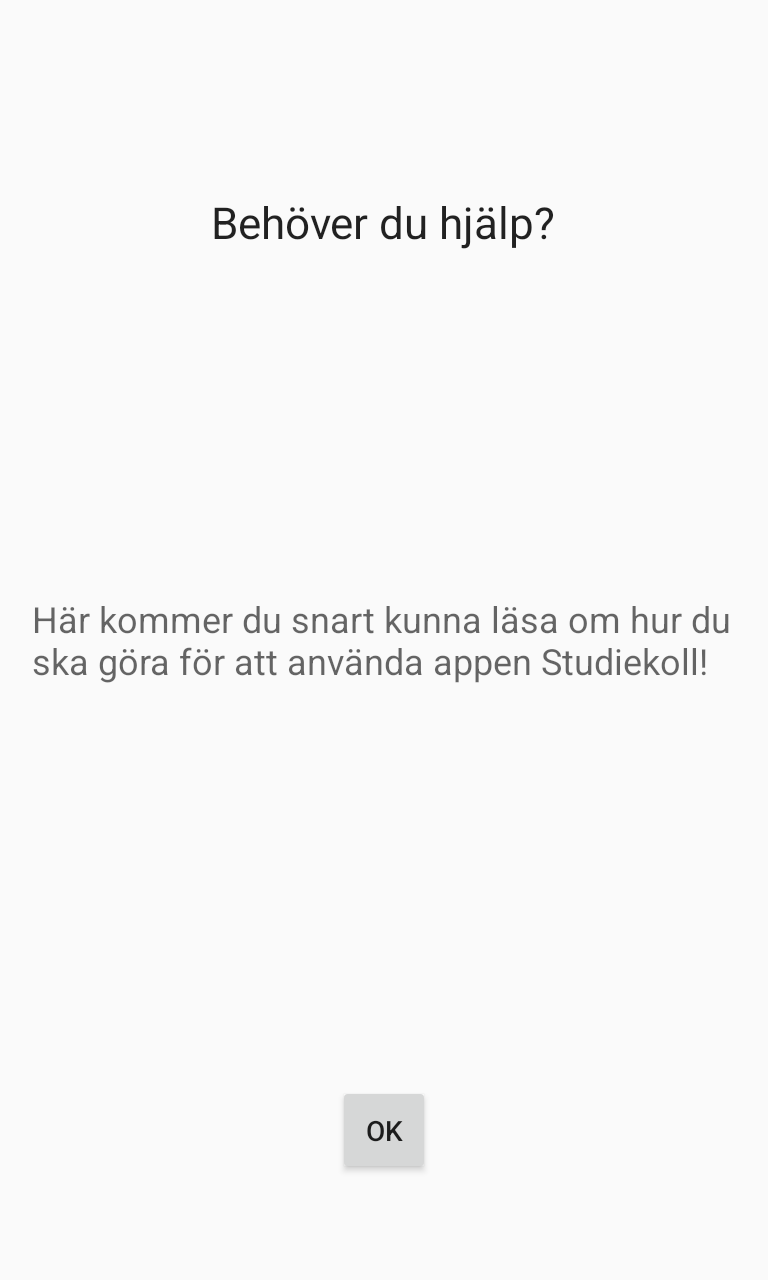
Repository: Dinova/Studiekoll
Layout: Studiekoll/Studiekoll/res/layout/fragment_help.xml
An editor plug-in stored every save of this project. The layout is shown before and after the next save, followed by the edit.
It is drawn on a 768 x 1280 px phone screen (xhdpi) without system bars, with theme AppTheme; the app's code is not run.

Above is the layout before, as saved 2014-05-16 08:02:25.

After the next save:
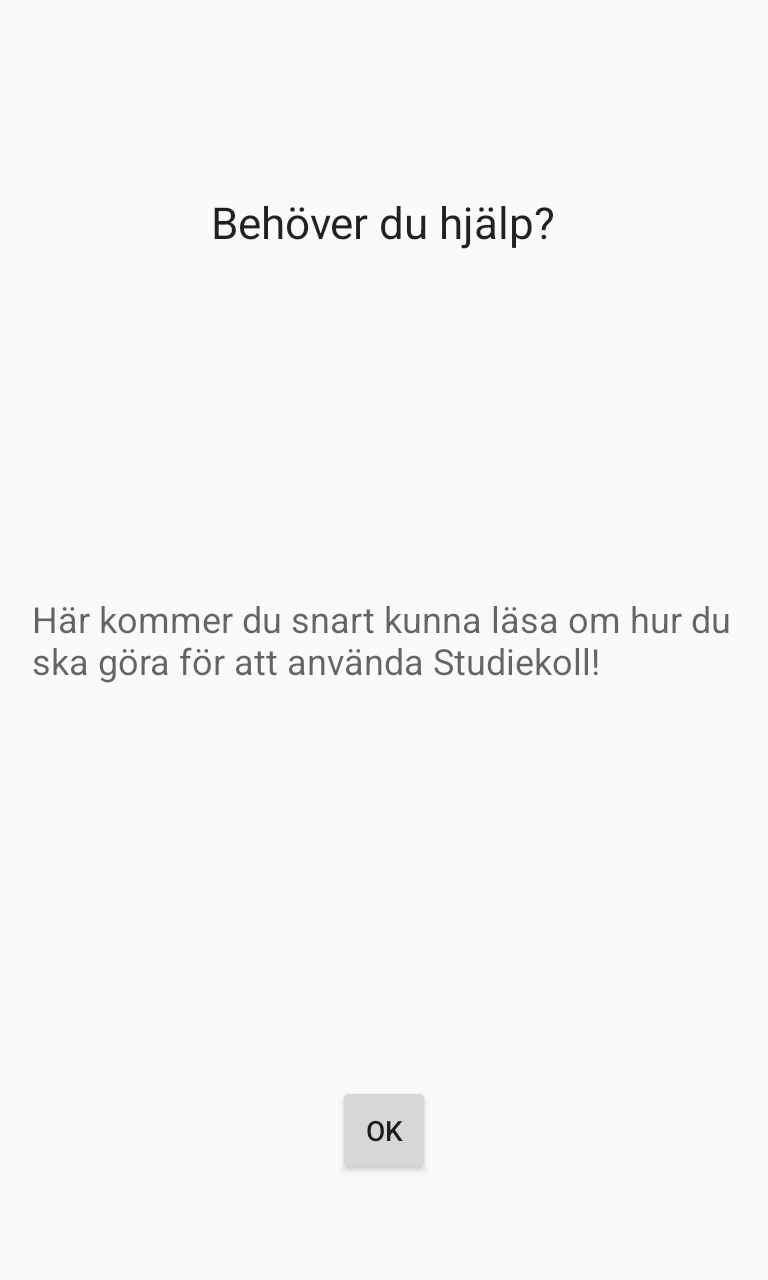
Saved 5 s later.
--- a/Studiekoll/Studiekoll/res/layout/fragment_help.xml
+++ b/Studiekoll/Studiekoll/res/layout/fragment_help.xml
@@ -35,7 +35,7 @@
         android:layout_height="wrap_content"
         android:layout_centerHorizontal="true"
         android:layout_centerVertical="true"
-        android:text="Här kommer du snart kunna läsa om hur du ska göra för att använda appen Studiekoll!"
+        android:text="Här kommer du snart kunna läsa om hur du ska göra för att använda Studiekoll!"
         android:textAppearance="?android:attr/textAppearanceMedium" />
 
 </RelativeLayout>
